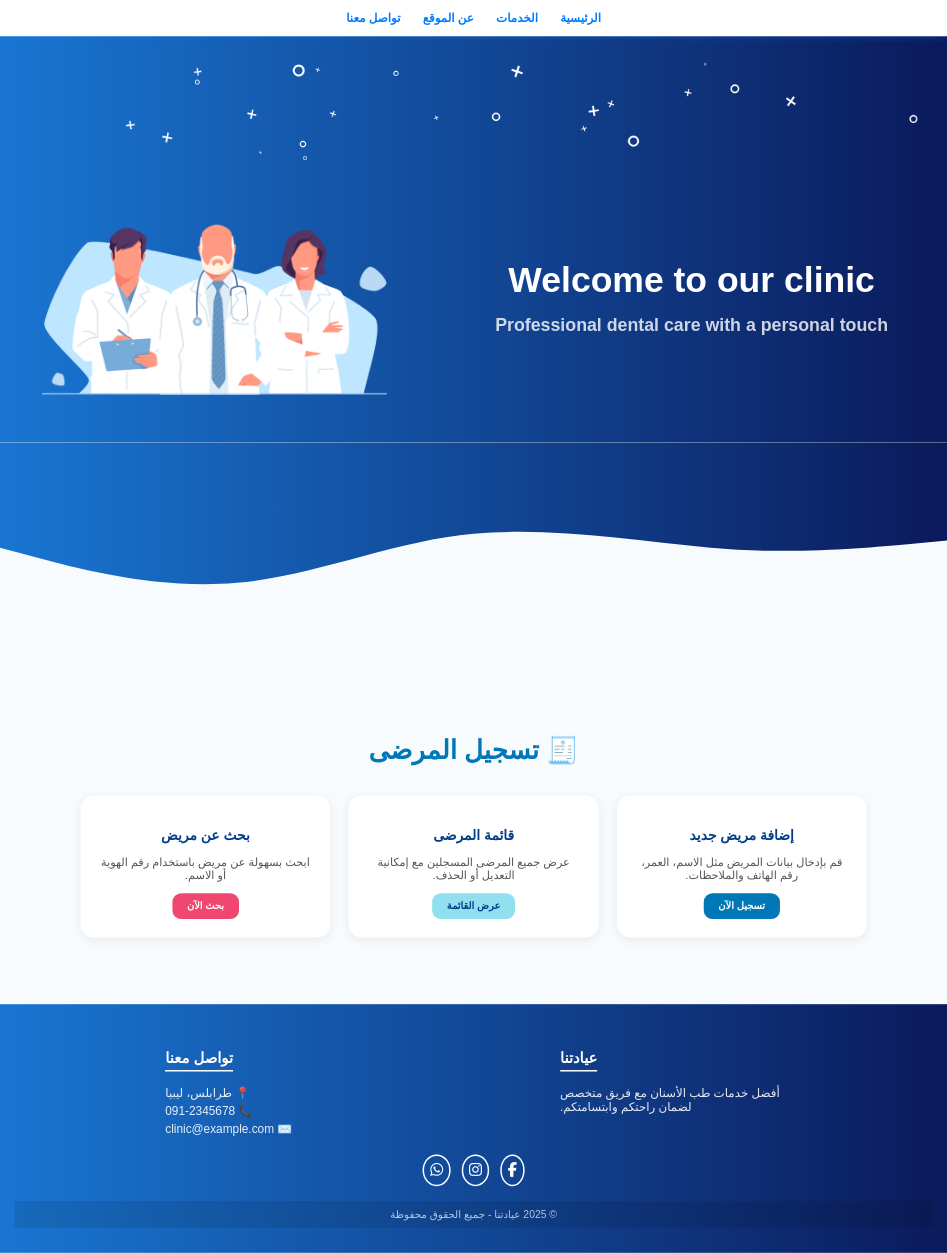
Repository: mysite4/s
Page: http://localhost/services/patients/
These files come from the project's save history. The page is drawn as it stood at one moment and after the next save; the edit follows.
The browser window is 1280 px wide. The pictures show the whole page, at 74% of full size.
Some web fonts or font styles are not loaded; a fallback is used. The page is served by the project's application, run on Django 5.2 (manage.py). Other server files are loaded and not shown.

Above is the page before, as saved 2025-10-28 16:17:29.

### main/templates/services/patients.html
{% extends 'base.html' %}
{% load static %}

{% block content %}
<link rel="stylesheet" href="{% static 'css/dashboard.css' %}">

<div class="page-container fade-in">
  <h1 class="page-title">🧾 تسجيل المرضى</h1>

  <div class="grid-container">
    <div class="card">
      <h3>إضافة مريض جديد</h3>
      <p>قم بإدخال بيانات المريض مثل الاسم، العمر، رقم الهاتف والملاحظات.</p>
      <button class="btn-main">تسجيل الآن</button>
    </div>

    <div class="card">
      <h3>قائمة المرضى</h3>
      <p>عرض جميع المرضى المسجلين مع إمكانية التعديل أو الحذف.</p>
      <button class="btn-secondary">عرض القائمة</button>
    </div>

    <div class="card">
      <h3>بحث عن مريض</h3>
      <p>ابحث بسهولة عن مريض باستخدام رقم الهوية أو الاسم.</p>
      <button class="btn-alert">بحث الآن</button>
    </div>
  </div>
</div>
{% endblock %}

### main/templates/base.html
{% load static %}
<!DOCTYPE html>
<html lang="ar" dir="rtl">
<head>
<meta charset="UTF-8">
<meta name="viewport" content="width=device-width, initial-scale=1.0">
<title>{% block title %}عيادتنا{% endblock %}</title>
<link href="https://fonts.googleapis.com/css2?family=Cairo:wght@200..1000&display=swap" rel="stylesheet">
<link rel="stylesheet" href="https://cdn.jsdelivr.net/npm/swiper@10/swiper-bundle.min.css"/>
<link rel="stylesheet" href="https://cdnjs.cloudflare.com/ajax/libs/font-awesome/6.5.0/css/all.min.css">
<link rel="stylesheet" href="{% static 'css/style.css' %}">
{% block extra_head %}{% endblock %}
</head>
<body>

<!-- الهيدر -->
<nav>
  <ul>
    <li><a href="#home">الرئيسية</a></li>
    <li><a href="#services">الخدمات</a></li>
    <li><a href="#about">عن الموقع</a></li>
    <li><a href="#contact">تواصل معنا</a></li>
  </ul>
</nav>

<header id="home">
  <div class="header-image">
    <img src="{% static 'image/44.png' %}" alt="صورة شفافة">
  </div>
  <div class="header-content">
    <div class="header-text">
      <h1>Welcome to our clinic</h1>
      <h3>Professional dental care with a personal touch</h3>
    </div>
    <div class="header-icon">
      <img src="{% static 'image/r.png.png' %}" alt="ريم">
    </div>
  </div>
</header>
<!-- موجة -->
<svg class="waves" xmlns="http://www.w3.org/2000/svg" viewBox="0 0 1440 320">
  <defs>
    <linearGradient id="waveGradient" x1="0%" y1="0%" x2="100%" y2="0%">
      <stop offset="0%" style="stop-color:#1976d2;stop-opacity:1" />
      <stop offset="100%" style="stop-color:#0b1a5b;stop-opacity:1"/>
    </linearGradient>
  </defs>
  <path fill="url(#waveGradient)" d="M0,160L60,176C120,192,240,224,360,213.3C480,203,600,149,720,138.7C840,128,960,149,1080,160C1200,171,1320,160,1380,154.7L1440,149L1440,0L0,0Z"></path>
</svg>
<!-- مكان المحتوى لكل صفحة -->
<main>
  {% block content %}{% endblock %}
</main>

<!-- الفوتر -->
<footer id="contact">
  <div class="footer-container">
    <div class="footer-col">
      <h3>عيادتنا</h3>
      <p>أفضل خدمات طب الأسنان مع فريق متخصص لضمان راحتكم وابتسامتكم.</p>
    </div>

    <div class="footer-col">
      <h3>تواصل معنا</h3>
      <ul>
        <li>📍 طرابلس، ليبيا</li>
        <li>📞 091-2345678</li>
        <li>✉️ clinic@example.com</li>
      </ul>
    </div>
  </div>

  <div class="social-icons">
    <a href="#"><i class="fab fa-facebook-f"></i></a>
    <a href="#"><i class="fab fa-instagram"></i></a>
    <a href="#"><i class="fab fa-whatsapp"></i></a>
  </div>

  <p class="bottom-text">© 2025 عيادتنا - جميع الحقوق محفوظة</p>
</footer>

<script src="https://cdn.jsdelivr.net/npm/swiper@10/swiper-bundle.min.js"></script>
{% block extra_js %}{% endblock %}

<!-- Bootstrap JS -->
<script src="https://cdn.jsdelivr.net/npm/bootstrap@5.3.0/dist/js/bootstrap.bundle.min.js"></script>

</body>
</html>

### main/views.py
from django.shortcuts import render

def home(request):
    return render(request, 'home.html')
from django.shortcuts import render

def booking_page(request):
    return render(request, 'booking.html')


def appointments(request):
    return render(request, 'services/appointments.html')

def patients(request):
    return render(request, 'services/patients.html')

def accounting(request):
    return render(request, 'services/accounting.html')

def reception(request):
    return render(request, 'services/reception.html')

def notifications(request):
    return render(request, 'services/notifications.html')

def statistics(request):
    return render(request, 'services/statistics.html')

def tasks(request):
    return render(request, 'services/tasks.html')

def emergency(request):
    return render(request, 'services/emergency.html')

from django.shortcuts import render, redirect
from .forms import AppointmentForm

def booking_page(request):
    if request.method == 'POST':
        form = AppointmentForm(request.POST)
        if form.is_valid():
            form.save()
            return render(request, 'booking_success.html')
    else:
        form = AppointmentForm()
    return render(request, 'booking.html', {'form': form})

from django.shortcuts import render
from .models import Appointment

def appointments(request):
    # جلب جميع المواعيد من قاعدة البيانات
    appointments = Appointment.objects.all().order_by('-date', '-time')
    return render(request, 'services/appointments.html', {'appointments': appointments})

### mysite/urls.py
"""
URL configuration for mysite project.

The `urlpatterns` list routes URLs to views. For more information please see:
    https://docs.djangoproject.com/en/5.2/topics/http/urls/
Examples:
Function views
    1. Add an import:  from my_app import views
    2. Add a URL to urlpatterns:  path('', views.home, name='home')
Class-based views
    1. Add an import:  from other_app.views import Home
    2. Add a URL to urlpatterns:  path('', Home.as_view(), name='home')
Including another URLconf
    1. Import the include() function: from django.urls import include, path
    2. Add a URL to urlpatterns:  path('blog/', include('blog.urls'))
"""
from django.contrib import admin
from django.urls import path, include

urlpatterns = [
    path('admin/', admin.site.urls),
    path('', include('main.urls')),
]

### main/urls.py
from django.urls import path
from . import views

urlpatterns = [
    path('', views.home, name='home'),
    path('booking/', views.booking_page, name='booking_page'),
    path('services/appointments/', views.appointments, name='appointments'),
    path('services/patients/', views.patients, name='patients'),
    path('services/accounting/', views.accounting, name='accounting'),
    path('services/reception/', views.reception, name='reception'),
    path('services/notifications/', views.notifications, name='notifications'),
    path('services/statistics/', views.statistics, name='statistics'),
    path('services/tasks/', views.tasks, name='tasks'),
    path('services/emergency/', views.emergency, name='emergency'),
]

### main/static/css/style.css
/* إعدادات عامة */
html, body {
  margin: 0;
  padding: 0;
  width: 100%;
  min-height: 100%; /* مهم ليكون الفوتر دائمًا في الأسفل */
  font-family: 'Cairo', sans-serif;
  background-color: #f9f9f9;
  display: flex;
  flex-direction: column; /* يتيح توزيع المحتوى بين الهيدر والفوتر */
}

/* Navbar */
nav {
  width: 100%;
  background-color: #ffffff;
  box-shadow: 0 4px 8px rgba(0, 123, 255, 0.2);
  position: fixed;
  top: 0;
  z-index: 1000;
}

nav ul {
  display: flex;
  justify-content: center;
  list-style: none;
  margin: 0;
  padding: 0 30px;
}

nav ul li {
  margin: 0 15px;
}

nav ul li a {
  text-decoration: none;
  color: #007bff;
  font-weight: 600;
  padding: 15px 0;
  display: inline-block;
  transition: color 0.3s, border-bottom 0.3s;
}

nav ul li a:hover {
  color: #0056b3;
  border-bottom: 3px solid #007bff;
}

/* صورة شفافة أسفل النافبار */
.header-image {
  width: 100%;
  margin-top: 60px; /* لتجنب تغطية النافبار */
}

.header-image img {
  width: 100%;
  height: auto;
  display: block;
}

/* Header */
header {
  position: relative;
  width: 100%;
  min-height: 200px;
  overflow: hidden;
  background: linear-gradient(to left, #0b1a5b, #1976d2);
  display: flex;
  flex-direction: column;
  justify-content: center;
  align-items: center;
  padding: 20px 0 0 0;
}

.header-content {
  display: flex;
  flex-direction: row;
  justify-content: space-between;
  align-items: center;
  width: 100%;
  max-width: 1200px;
  padding: 20px 50px;
  margin-top: 5px;
}

.header-text {
  color: white;
  max-width: 50%;
  text-align: center;
  line-height: 1.4;
  padding: 40px;
}

.header-text h1 {
  font-size: 48px;
  margin: 0;
}

.header-text h3 {
  font-size: 24px;
  margin-top: 10px;
  color: rgba(255,255,255,0.8);
}

.header-icon img {
  width: 500px;
  height: auto;
  border-radius: 15px;
}

.about-section {
  max-width: 1200px;
  margin: 20px auto;
  text-align: center; /* العنوان في الوسط */
}

.about-section p {
  color: #447296;
}

.about-section h2 {
  font-size: 28px;
  margin-bottom: 30px;
  color: #0b1a5b;
}

.about-content {
  display: flex;
  justify-content: flex-start; /* النص على اليسار والصورة على اليمين */
  align-items: center;
  gap: 20px; /* مسافة مناسبة بين النص والصورة */
  flex-wrap: wrap;
}

.about-text {
  flex: 1 1 55%;
  text-align: right;
  font-size: 16px;
  line-height: 1.6;
}

.about-image {
  flex: 1 1 40%;
  text-align: center;
}

.about-image img {
  width: 100%;
  max-width: 250px;
  height: auto;
  border-radius: 10px;
  border: 5px solid #083d75;
}

/* Media Queries للشاشات الصغيرة */
@media (max-width: 768px) {
  .about-content {
    flex-direction: column;
    gap: 15px;
  }

  .about-text, .about-image {
    flex: 1 1 100%;
    text-align: center;
  }

  .about-image img {
    max-width: 200px;
  }
}

/* قسم خدماتنا */
.services-section {
  max-width: 1200px;
  margin: 100px auto 50px auto;
  text-align: center;
}

.services-section h2 {
  font-size: 32px;
  margin-bottom: 30px;
  color: #0e173f;
}

.services-container {
  display: flex;
  flex-wrap: wrap;
  justify-content: space-between;
  gap: 20px;
}

.service-item {
  flex: 1 1 22%;
  text-align: center;
  margin-bottom: 30px;
}

.service-item img {
  width: 60px;
  height: 60px;
  margin-bottom: 10px;
}

.service-item p {
  font-size: 15px;
  color: #447296;
}

.service-item h3 {
  color: #0e173f;
}

main {
  flex: 1; /* ياخذ المساحة المتبقية بين الهيدر والفوتر */
  padding: 30px 50px;
  margin-top: 20px;
}

/* Media Queries */
@media (max-width: 992px) {
  .header-content {
    flex-direction: column;
    text-align: center;
    padding: 0 20px;
  }

  .header-text {
    max-width: 100%;
    margin-bottom: 20px;
    text-align: center;
  }

  .header-icon img {
    width: 80%;
  }

  nav ul {
    justify-content: center;
  }

  .service-item {
    flex: 1 1 45%;
  }
}

@media (max-width: 600px) {
  .service-item {
    flex: 1 1 100%;
  }

  .about-section {
    flex-direction: column;
    align-items: center;
  }

  .about-text {
    text-align: center;
    padding-left: 0;
  }

  .about-image img {
    max-width: 200px;
  }
}

/* قسم الأطباء */
.doctors-section {
  padding: 60px 0;
  background: #fff;
}

.doctors-section h2 {
  color: #0b1a5b;
  margin-bottom: 10px;
  font-size: 28px;
  text-align: center;
}

.doctors-section .description {
  color: #555;
  max-width: 700px;
  margin: 0 auto 40px;
  line-height: 1.8;
  text-align: center;
}

/* شكل الطبيب */
.doctor-card {
  background: none;
  box-shadow: none;
  text-align: center;
  transition: transform 0.3s ease;
}

.doctor-card:hover {
  transform: translateY(-10px);
}

.doctor-img img {
  width: 160px;
  height: 160px;
  object-fit: cover;
  border-radius: 50%;
  margin-bottom: 10px;
  border: 3px solid #1976d2;
}

.doctor-name {
  font-weight: 600;
  color: #0b1a5b;
  font-size: 18px;
}

.doctor-info h3 {
  font-weight: 600;
  color: #0b1a5b;
  font-size: 18px;
  margin-bottom: 5px;
}

.doctor-info p {
  font-size: 14px;
  color: #447296;
  margin-bottom: 15px;
  line-height: 1.4;
}

/* زر الحجز */
.book-doctor-btn {
  display: inline-block;
  background: linear-gradient(to right, #1976d2, #0b1a5b);
  color: #fff;
  padding: 10px 25px;
  border-radius: 30px;
  text-decoration: none;
  font-size: 14px;
  font-weight: bold;
  transition: 0.3s ease;
}

.book-doctor-btn:hover {
  background: linear-gradient(to right, #0b1a5b, #1976d2);
  transform: scale(1.05);
}

/* الأسهم */
.swiper-button-next, .swiper-button-prev {
  color: #1976d2;
  background: #fff;
  border-radius: 50%;
  box-shadow: 0 3px 10px rgba(0,0,0,0.2);
  width: 40px;
  height: 40px;
}

.swiper-button-next:hover, .swiper-button-prev:hover {
  background: #1976d2;
  color: #fff;
}

.swiper-button-next::after, .swiper-button-prev::after {
  font-size: 18px;
}

.team-gallery {
  padding: 50px 20px;
  background-color: #f8f9ff;
  text-align: center;
}

.team-gallery h2 {
  font-size: 2rem;
  margin-bottom: 30px;
  color: #0b1a5b;
}

.team-gallery p {
  font-size: 15px;
  margin-bottom: 30px;
  color: #447296;
}

.gallery-item {
  position: relative;
  overflow: hidden;
  border-radius: 12px;
  cursor: pointer;
  transition: transform 0.3s ease;
}

.gallery-item img {
  width: 100%;
  height: auto;
  display: block;
  transition: transform 0.5s ease;
}

.gallery-item:hover img {
  transform: scale(1.05);
}

/* الظل يغطي كامل الصورة ويختفي بشكل افتراضي */
.overlay {
  position: absolute;
  top: 0;
  left: 0;
  width: 100%;
  height: 100%;
  background-color: rgba(173, 216, 230, 0.6); /* أزرق فاتح */
  opacity: 0;
  transition: opacity 0.3s ease;
  display: flex;
  align-items: center;
  justify-content: center;
  border-radius: 12px;
}

.overlay-text {
  color: #fff;
  font-size: 1rem;
  text-align: center;
  padding: 10px;
}

.gallery-item:hover .overlay {
  opacity: 1;
}

footer {
  width: auto;
  background: linear-gradient(to right, #1976d2, #0b1a5b);
  color: #fff;
  padding: 40px 20px 20px;
  text-align: center;
  font-family: 'Cairo', sans-serif;
  margin: 0;
}

.footer-container {
  display: flex;
  flex-wrap: wrap;
  justify-content: space-evenly;
  gap: 30px;
}

.footer-col {
  flex: 1 1 250px;
  max-width: 300px;
  text-align: left;
}

.footer-col h3 {
  color: #fff;
  margin-bottom: 15px;
  font-size: 20px;
  border-bottom: 2px solid #fff;
  display: inline-block;
  padding-bottom: 5px;
}

.footer-col p, .footer-col ul {
  margin: 5px 0;
  padding: 0;
  list-style: none;
  color: rgba(255,255,255,0.9);
}

.footer-col ul li {
  margin: 5px 0;
}

.social-icons {
  display: flex;
  justify-content: center;
  gap: 15px;
  margin-top: 20px;
}

.social-icons a {
  color: #fff;
  font-size: 20px;
  border: 2px solid #fff;
  border-radius: 50%;
  padding: 8px;
  transition: 0.3s;
}

.social-icons a:hover {
  background-color: #fff;
  color: #0b1a5b;
  transform: scale(1.1);
}

.bottom-text {
  margin-top: 20px;
  font-size: 14px;
  color: rgba(255,255,255,0.7);
  width: 100%;
  background: rgba(0,0,0,0.1);
  padding: 10px 0;
}

/* استجابة للشاشات الصغيرة */
@media (max-width: 768px) {
  .footer-container {
    flex-direction: column;
    text-align: center;
  }

  .footer-col {
    text-align: center;
  }
}


.services-container .service-item a {
    display: block;
    text-decoration: none;
    color: inherit;
}

.services-container .service-item a:hover {
    transform: translateY(-5px);
    transition: 0.3s;
}

### main/static/css/dashboard.css
@import url('https://fonts.googleapis.com/css2?family=Cairo:wght@400;600;700&display=swap');

body {
  font-family: 'Cairo', sans-serif;
  background-color: #f8fbfd;
  color: #222;
  margin: 0;
  padding: 0;
  direction: rtl;
}

.page-container {
  width: 90%;
  margin: 60px auto;
  text-align: center;
}

.page-title {
  font-size: 2.2rem;
  color: #0077b6;
  margin-bottom: 40px;
  font-weight: 700;
}

.grid-container {
  display: grid;
  grid-template-columns: repeat(auto-fit, minmax(270px, 1fr));
  gap: 25px;
}

.card {
  background-color: #fff;
  padding: 25px;
  border-radius: 18px;
  box-shadow: 0 3px 15px rgba(0, 0, 0, 0.07);
  transition: transform 0.3s ease, box-shadow 0.3s ease;
}

.card:hover {
  transform: translateY(-6px);
  box-shadow: 0 5px 18px rgba(0, 0, 0, 0.1);
}

.card h3 {
  color: #023e8a;
  margin-bottom: 10px;
}

.card p {
  font-size: 0.95rem;
  color: #555;
  margin-bottom: 15px;
}

.btn-main, .btn-secondary, .btn-alert {
  border: none;
  border-radius: 12px;
  padding: 10px 20px;
  cursor: pointer;
  font-weight: bold;
  transition: all 0.3s ease;
}

.btn-main {
  background-color: #0077b6;
  color: white;
}

.btn-main:hover {
  background-color: #0096c7;
}

.btn-secondary {
  background-color: #90e0ef;
  color: #023e8a;
}

.btn-secondary:hover {
  background-color: #48cae4;
}

.btn-alert {
  background-color: #ef476f;
  color: white;
}

.btn-alert:hover {
  background-color: #d62839;
}

.fade-in {
  animation: fadeIn 0.8s ease forwards;
  opacity: 0;
}

@keyframes fadeIn {
  from { opacity: 0; transform: translateY(15px); }
  to { opacity: 1; transform: translateY(0); }
}

After the next save:
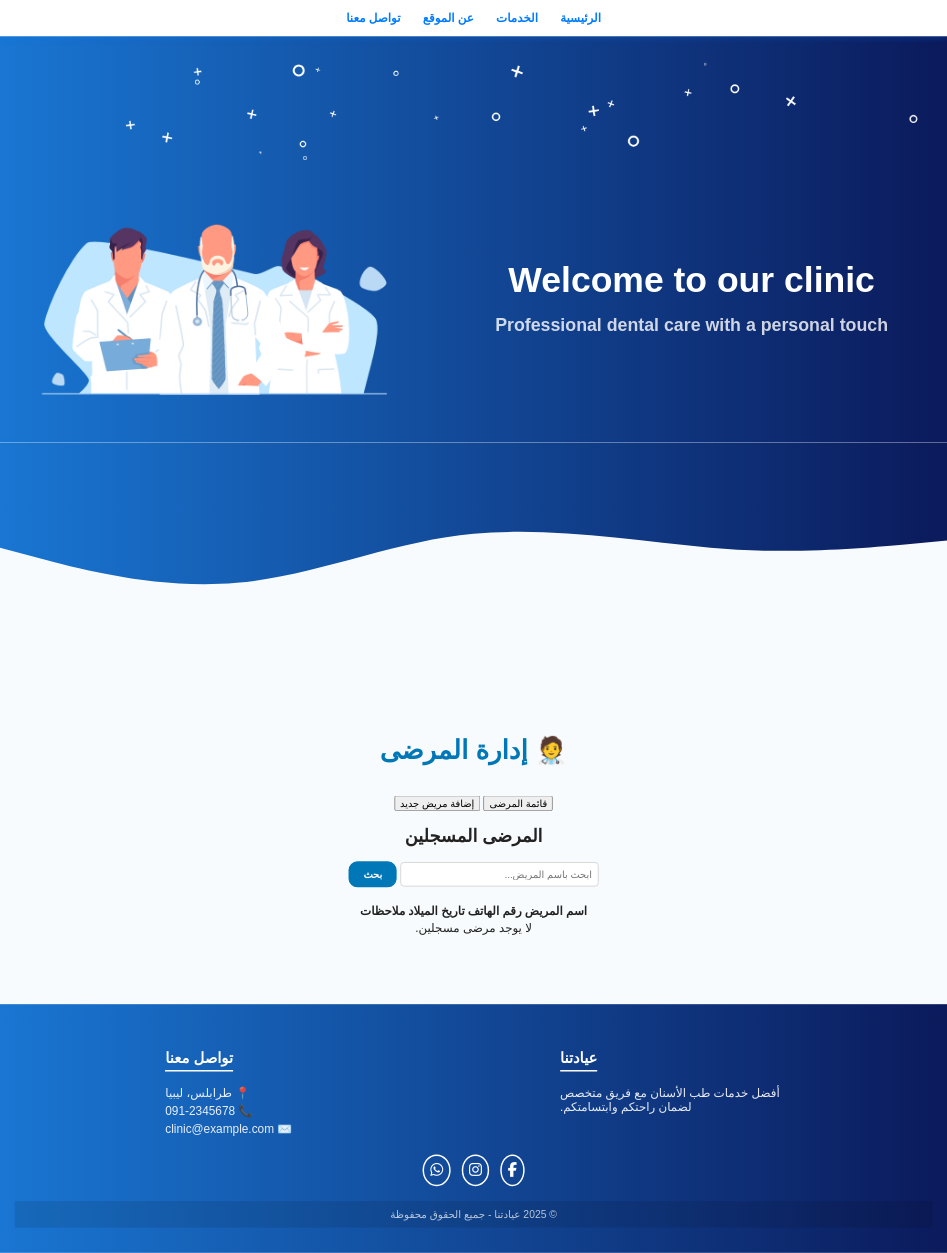
Saved 20 min 39 s later.
--- a/main/templates/services/patients.html
+++ b/main/templates/services/patients.html
@@ -5,26 +5,72 @@
 <link rel="stylesheet" href="{% static 'css/dashboard.css' %}">
 
 <div class="page-container fade-in">
-  <h1 class="page-title">🧾 تسجيل المرضى</h1>
+  <h1 class="page-title">🧑‍⚕️ إدارة المرضى</h1>
 
-  <div class="grid-container">
-    <div class="card">
-      <h3>إضافة مريض جديد</h3>
-      <p>قم بإدخال بيانات المريض مثل الاسم، العمر، رقم الهاتف والملاحظات.</p>
-      <button class="btn-main">تسجيل الآن</button>
-    </div>
+  <!-- Tabs -->
+  <div class="tabs">
+    <button class="tab-btn active" data-tab="list">قائمة المرضى</button>
+    <button class="tab-btn" data-tab="add">إضافة مريض جديد</button>
+  </div>
 
-    <div class="card">
-      <h3>قائمة المرضى</h3>
-      <p>عرض جميع المرضى المسجلين مع إمكانية التعديل أو الحذف.</p>
-      <button class="btn-secondary">عرض القائمة</button>
-    </div>
+  <!-- قائمة المرضى -->
+  <div class="tab-content" id="list">
+    <h2>المرضى المسجلين</h2>
 
-    <div class="card">
-      <h3>بحث عن مريض</h3>
-      <p>ابحث بسهولة عن مريض باستخدام رقم الهوية أو الاسم.</p>
-      <button class="btn-alert">بحث الآن</button>
-    </div>
+    <!-- بحث -->
+    <form method="GET" style="margin-bottom:20px; text-align:center;">
+      <input type="text" name="q" placeholder="ابحث باسم المريض..." value="{{ query }}" style="padding:8px; width:250px; border-radius:5px; border:1px solid #ccc;">
+      <button type="submit" class="btn-main">بحث</button>
+    </form>
+
+    <table class="appointments-table" style="margin:0 auto; text-align:center;">
+      <thead>
+        <tr>
+          <th>اسم المريض</th>
+          <th>رقم الهاتف</th>
+          <th>تاريخ الميلاد</th>
+          <th>ملاحظات</th>
+        </tr>
+      </thead>
+      <tbody>
+        {% for patient in patients %}
+        <tr>
+          <td>{{ patient.name }}</td>
+          <td>{{ patient.phone }}</td>
+          <td>{{ patient.birth_date }}</td>
+          <td>{{ patient.notes }}</td>
+        </tr>
+        {% empty %}
+        <tr>
+          <td colspan="4">لا يوجد مرضى مسجلين.</td>
+        </tr>
+        {% endfor %}
+      </tbody>
+    </table>
+  </div>
+
+  <!-- إضافة مريض جديد -->
+  <div class="tab-content" id="add" style="display:none;">
+    <h2>إضافة مريض جديد</h2>
+    <form method="POST" style="max-width:500px; margin:0 auto; text-align:right;">
+      {% csrf_token %}
+      {{ form.as_p }}
+      <button type="submit" class="btn-main">حفظ المريض</button>
+    </form>
   </div>
 </div>
+
+<script>
+  // التبديل بين Tabs
+  const tabButtons = document.querySelectorAll('.tab-btn');
+  const tabContents = document.querySelectorAll('.tab-content');
+  tabButtons.forEach(btn => {
+    btn.addEventListener('click', () => {
+      tabButtons.forEach(b => b.classList.remove('active'));
+      btn.classList.add('active');
+      tabContents.forEach(c => c.style.display = 'none');
+      document.getElementById(btn.getAttribute('data-tab')).style.display = 'block';
+    });
+  });
+</script>
 {% endblock %}
